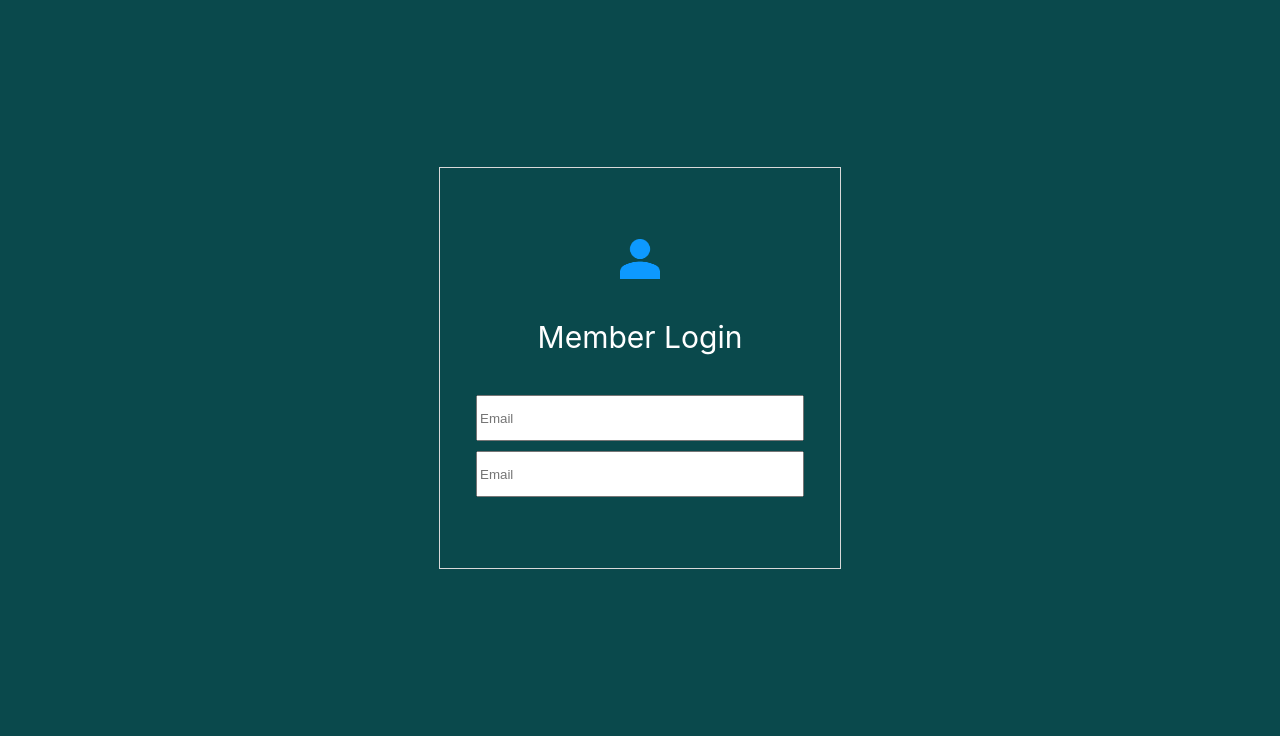
Repository: sheddy1/peter1
Page: work2.html
An editor plug-in stored every save of this project. The page is shown before and after the next save, followed by the edit.
The browser window is 1280 px wide. The pictures show the whole page.

Above is the page before, as saved 2025-11-08 15:39:37.

### work2.html
<!DOCTYPE html>
<html lang="en">
<head>
    <meta charset="UTF-8">
    <meta name="viewport" content="width=device-width, initial-scale=1.0">
    <title>peters work1</title>
    <link rel="stylesheet" href="work2.css">
    <style>

    </style>
</head>
<body>
    <div class="login-box">
        <img src="Vector.png" alt="" class="vector">

        <p class="mem">Member Login</p>

        <input type="text" class="text1" placeholder="Email">

        <input type="password" class="text1" placeholder="Email">
    </div>
</body>
</html>

### work2.css
body {
    background-color: #0A494C;
    display: flex;
    justify-content: center;
    align-items: center;
    min-height: 100vh;
}

.login-box {
    border: 1px solid #D9D9D9;
    width: 400px;
    height: 400px;
    display: flex;
    justify-content: center;
    align-items: center;
    flex-direction: column;
    gap: 10px;
}

.vector{
    height: 40px;
    width: 40px;
}

.mem{
    color: #FFFFFF;
    font-family: inter;
    font-size: 30px;
    ;
}

.text1{
    width: 80%;
    height: 40px;
    color: #1E1E1E;
}

After the next save:
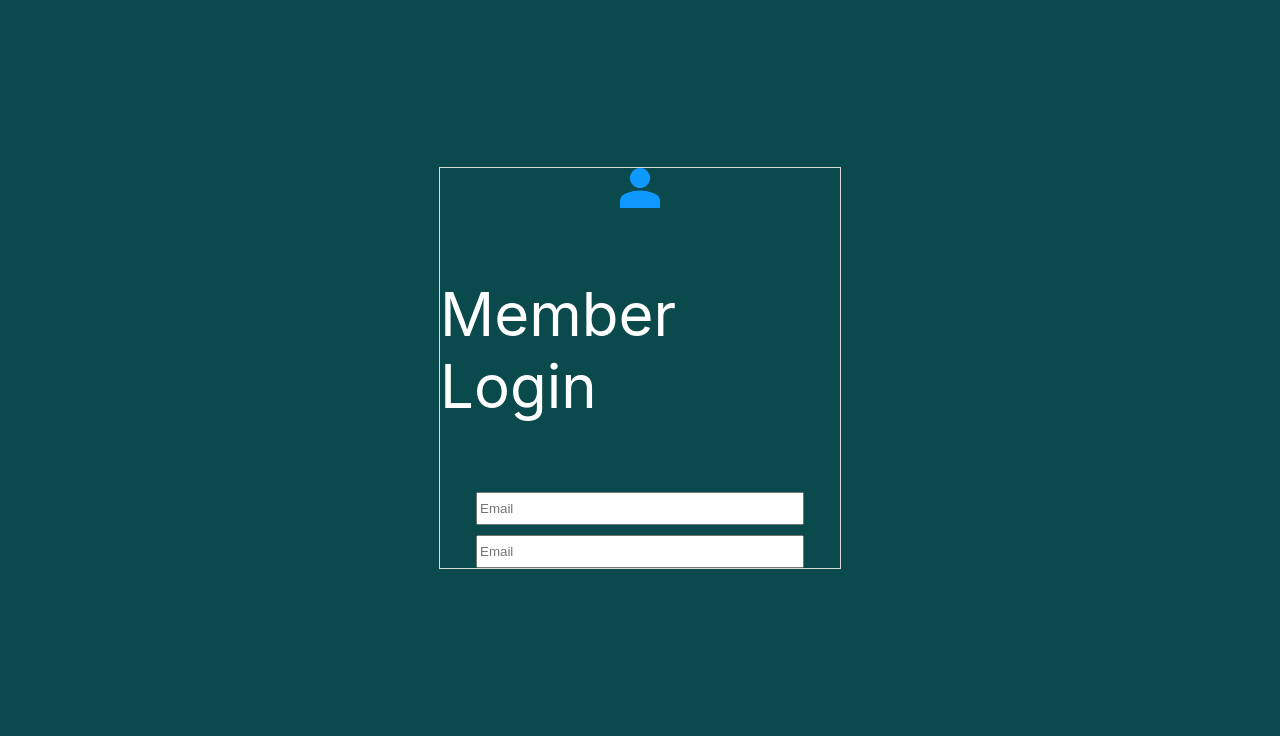
Saved 67 s later.
--- a/work2.css
+++ b/work2.css
@@ -25,7 +25,7 @@
 .mem{
     color: #FFFFFF;
     font-family: inter;
-    font-size: 30px;
+    font-size: 60px;
     ;
 }
 

After the save that followed:
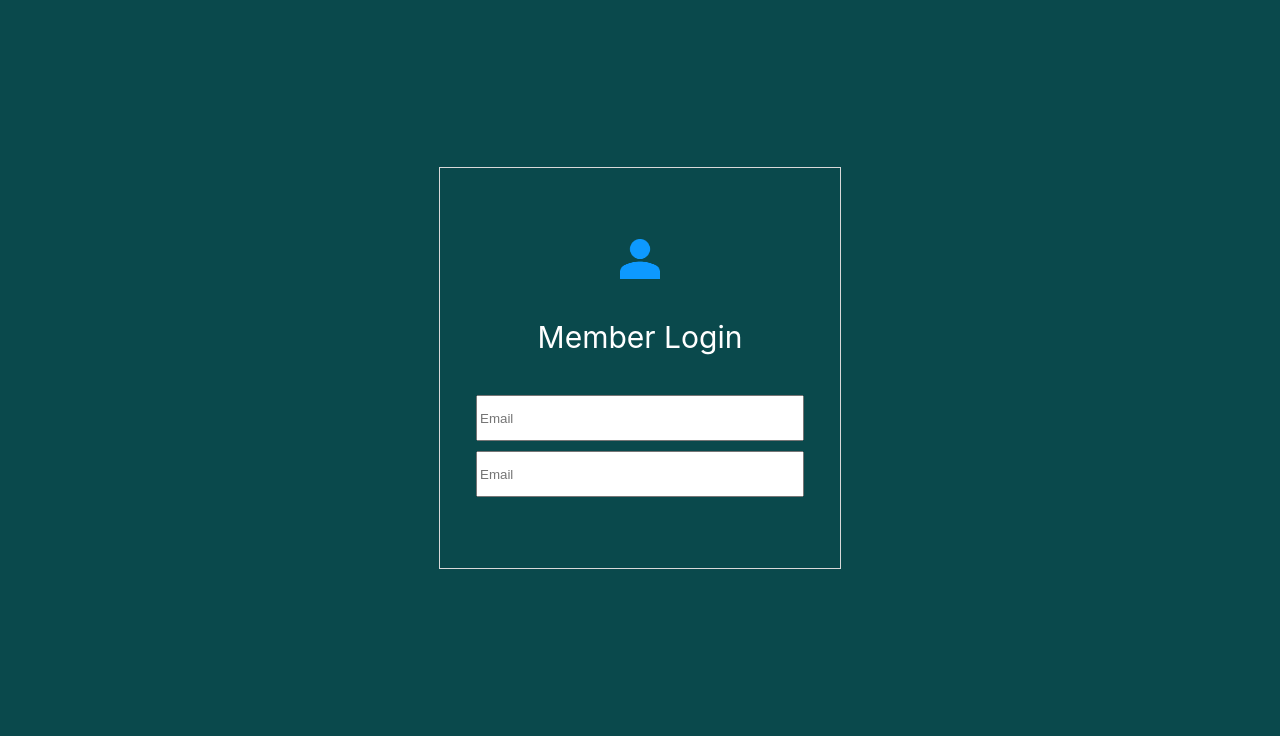
Saved 33 s later.
--- a/work2.css
+++ b/work2.css
@@ -25,7 +25,7 @@
 .mem{
     color: #FFFFFF;
     font-family: inter;
-    font-size: 60px;
+    font-size: 30px;
     ;
 }
 
